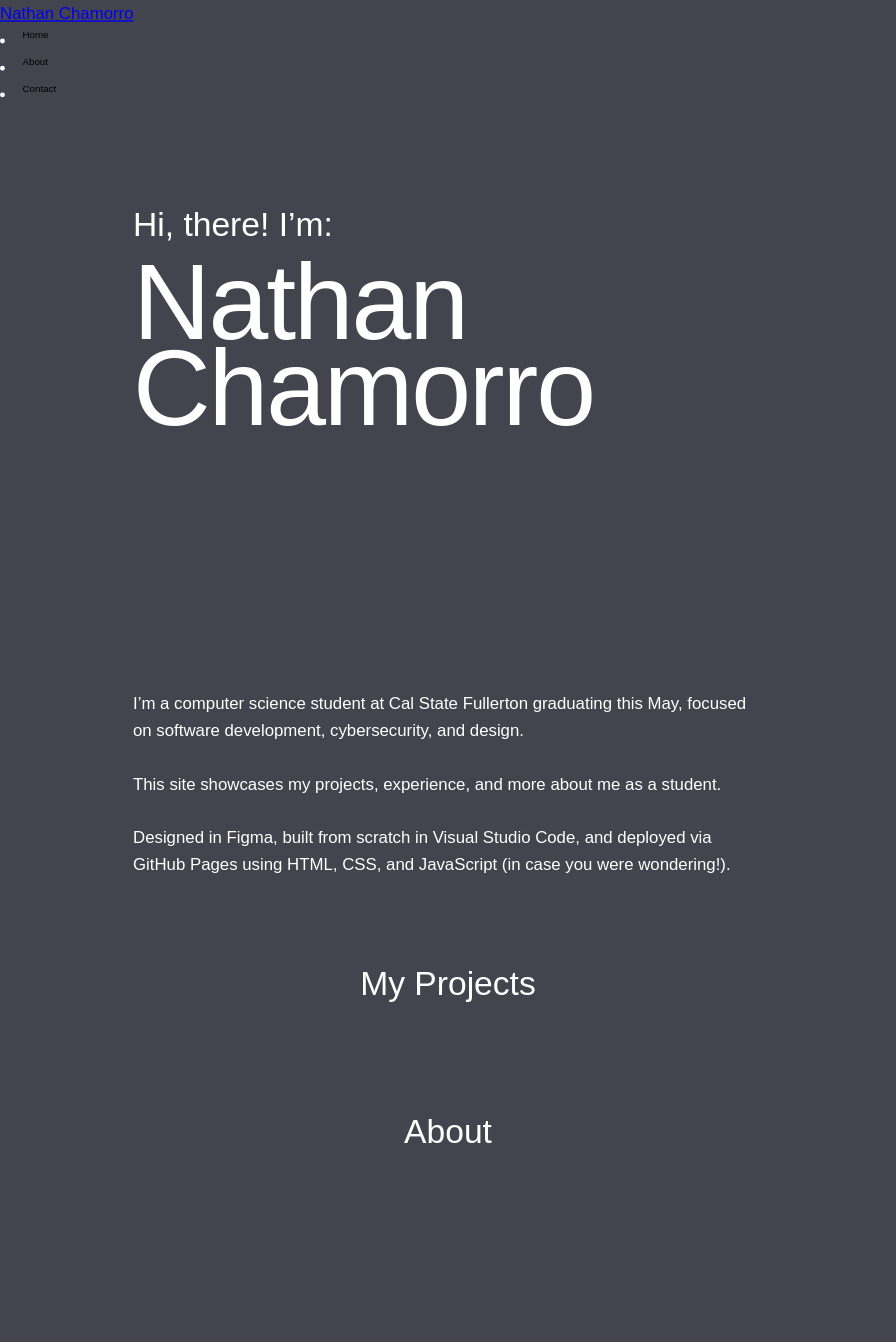
Repository: nathanchamorro1/nathanchamorro1.github.io
Page: index.html
These files come from the project's save history. The page is drawn as it stood at one moment and after the next save; the edit follows.
The browser window is 1280 px wide. The pictures show the whole page, at 70% of full size.
Some web fonts or font styles are not loaded; a fallback is used.

Above is the page before, as saved 2026-02-17 17:13:52.

After the next save:
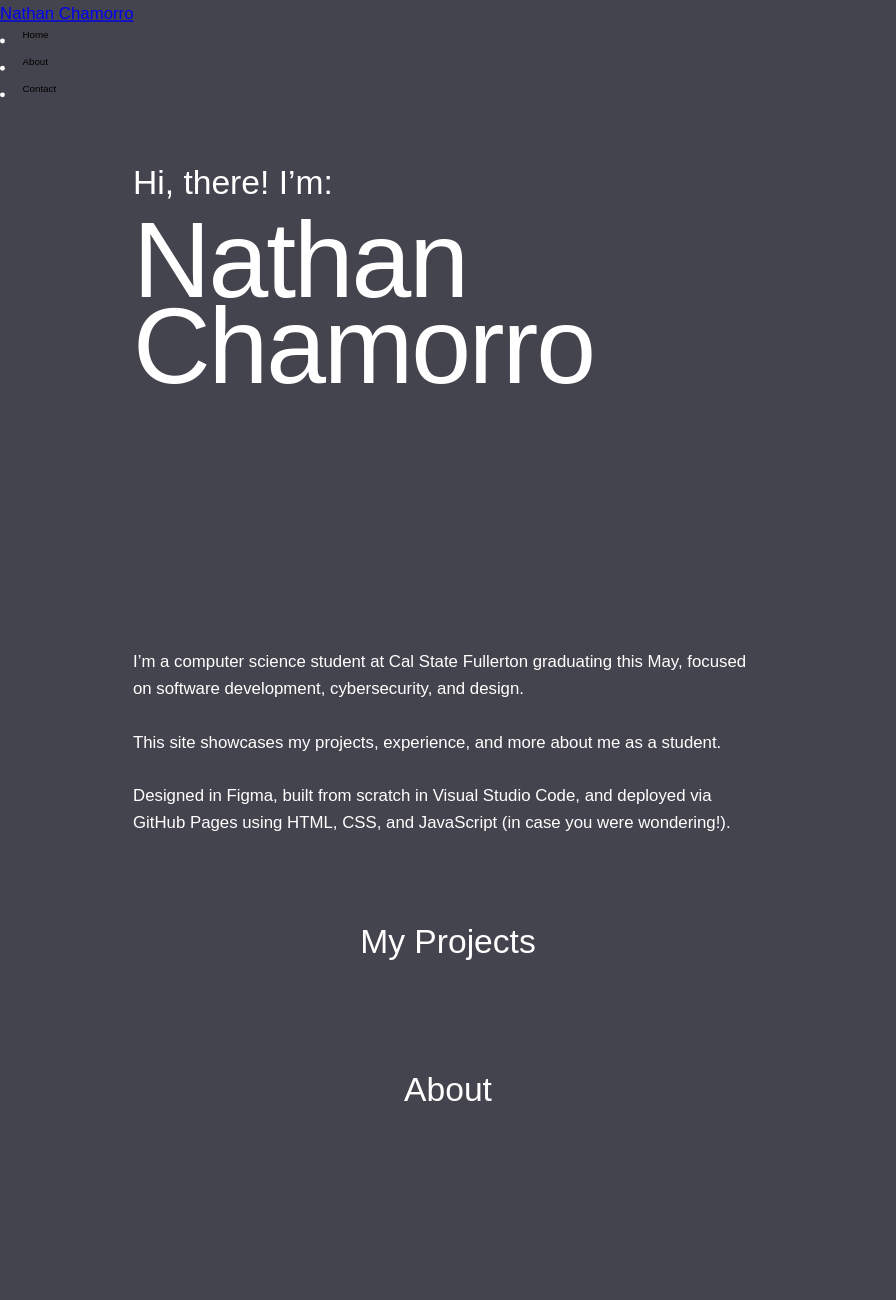
Saved 11 min 10 s later.
--- a/css/style.css
+++ b/css/style.css
@@ -26,7 +26,7 @@ body {
     align-items: flex-start;
     flex-direction: column;
     justify-content: flex-start;
-    padding-top: 90px;
+    padding-top: 30px;
     text-align: left;
 }
 
